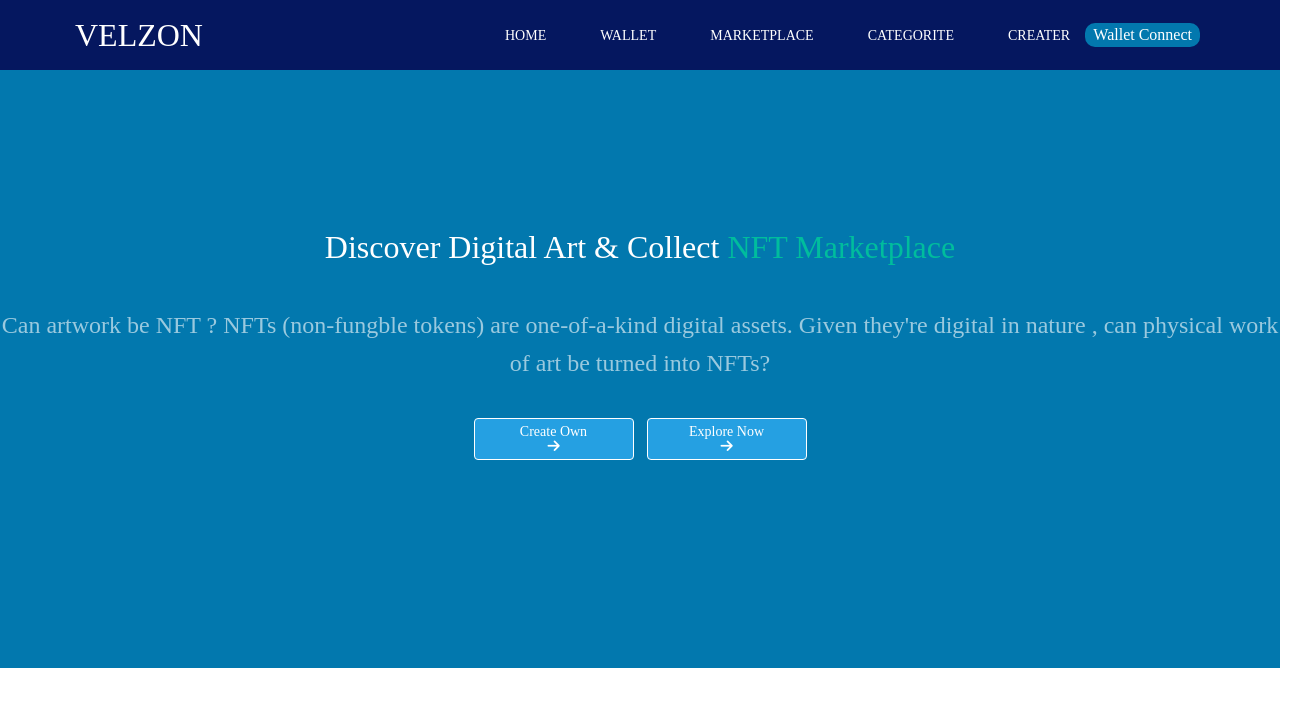
Repository: HuynhDuc23/Webvideodesgin
Page: index.html
These files come from the project's save history. The page is drawn as it stood at one moment and after the next save; the edit follows.
The browser window is 1280 px wide. The page is 1293 px wide, so the pictures cover 1293 px, including what lies to the right of the window. The pictures show the whole page.
The style sheet was rebuilt from its Sass, Less or Tailwind sources for each picture, by a compiler version that may differ from the author's.

Above is the page before, as saved 2023-04-25 12:37:06.

### index.html
<!DOCTYPE html>
<html lang="en">
<head>
    <meta charset="UTF-8">
    <meta http-equiv="X-UA-Compatible" content="IE=edge">
    <meta name="viewport" content="width=device-width, initial-scale=1.0">
    <link rel="stylesheet" href="https://cdnjs.cloudflare.com/ajax/libs/font-awesome/6.4.0/css/all.min.css" integrity="sha512-iecdLmaskl7CVkqkXNQ/ZH/XLlvWZOJyj7Yy7tcenmpD1ypASozpmT/E0iPtmFIB46ZmdtAc9eNBvH0H/ZpiBw==" crossorigin="anonymous" referrerpolicy="no-referrer" />
    <link rel="stylesheet" href="./reset.css">
    <link rel="stylesheet" href="style.css">
    <title>LoadingPage</title>
</head>
<body>
    <div class="loadingpage">
     <div class="loadingpage__heading">
        <div class="loadingpage__header">
            <div class="loadingpage__left"><h4 class="loadingpage__content">VELZON</h4></div>
            <div class="loaddingpage__right">
                <ul class="loadingpage__list">
                    <li class="loadingpage__items"><h5 class="loadingpage__padding">Home</h5></li>
                    <li class="loadingpage__items"><h5 class="loadingpage__padding">Wallet</h5></li>
                    <li class="loadingpage__items"><h5 class="loadingpage__padding">MarketPlace</h5></li>
                    <li class="loadingpage__items"><h5 class="loadingpage__padding">categorite</h5></li>
                    <li class="loadingpage__items"><h5 class="loadingpage__padding">Creater</h5></li>
                </ul>
            </div>
        </div>
        <div class="loadingpage__mid">
            <div class="loadingpage__mid__content1">
                <h1 class="loadingpage__mid__content">Discover Digital Art
                     & Collect <span>NFT Marketplace</span></h1>
            </div>
            <div class="loadingpage__mid__content2">
                <div class="loadingpage__mid__content2__content">
                    <p class="loadingpage__mid__content2__para">
                        Can artwork be NFT ? NFTs (non-fungble tokens) are one-of-a-kind digital assets. Given they're  digital in nature , can physical work of art be turned into NFTs?
                    </p>
                </div>
                <div class="button__mid">
                    <div class="button">
                        <div class="button__1">Create Own
                         <i class="fa-solid fa-arrow-right"></i>
                        </div>
                     </div>
                     <div class="button">
                         <div class="button__1">Explore Now
                          <i class="fa-solid fa-arrow-right"></i>
                         </div>
                      </div>
                </div>
            </div>
        </div>
     </div>
    </div>
</body>
</html>

### style.scss
html {
    box-sizing: border-box;
}
*{
    font-size: 16.5rem;
    font-family: 'Segoe UI', Tahoma, Geneva, Verdana, sans-serif;
}
.loadingpage {
    &__heading {
        width: 100%;
        height: 668px;
      //  background-color: #0278ae;
        background-color:rgb(2,120,174);
    }
    &__header {
        width: 100%;
        height: 70px;
        background-color: #05175f;
        display: flex ;
        justify-content: flex-start;
        align-items: center;
        position: relative;
    }
    &__left {
        padding:  27px 75px;
        cursor: pointer;
    }
    &__content {
        color: white;
        font-weight: 500;
        font-size: 14px;
        line-height: 21px;
        text-transform: uppercase;
        font-size: xx-large;
    }
    &__right {
        margin-left: 200px;
    }
    &__list {
        display: flex;
        align-items: center;
        padding-left: 200px;

        &:before {
            content: "Wallet Connect";
            padding: 4px 8px ;
            top: 50%;
            right: 80px;
            position: absolute;
            color: white;
            transform: translateY(-50%);
            background-color: rgb(2,120,174);
            cursor: pointer;
            border-radius: 10px ;
        }

    }
    &__items {
        padding: 27px;
        &:hover {
            color: #00bd9d;
            cursor: pointer;
        }
    }
    &__padding {
       color: white;
       font-weight: 500;
       font-size: 14px;
       line-height: 21px;
       text-transform: uppercase;
       &:hover {
        color: #00bd9d;
        cursor: pointer;
    }
    }

    &__mid__content1 {
        padding-top: 167px;
        margin-bottom: 45px;
    }
    &__mid__content {
        position: relative;
        left: 50%;
        transform: translateX(-50%);
        color: white;
        font-size: xx-large;
        // text-align: center;
        display: inline-block;
        line-height: 21px;
        &>span {
            display: inline-block;
            color: #00bd9d;
        }
    }
}
.loadingpage__mid__content2 {
     display: inline-block;
     position: relative;
     left: 50%;
     transform: translateX(-50%);
     &__content {
        padding-bottom: 35px;
     }
    &__para {
        color: #ffffff;
        line-height: 1.6;
        text-align: center;
        font-size:x-large;
        opacity: 0.6;

     }
}
.button__mid {
    display: flex;
    justify-content: center;
    align-items: center;
    margin-right: -13px;
}
.button {
    width: 130px;
    height: 40px;
    background-color: #25a0e2;
    margin-right: 13px;
    border: 1px solid white;
    border-radius: 4px;
    position: relative;
    padding: 0px 14px;
    cursor: pointer;
    &:hover {
        opacity: 0.9;
    }

    &__1 {
        font-family: 'Times New Roman', Times, serif;
        font-size: 14px;
        display: inline-block;
       color:  white;
       text-align: center;
       font-weight: 500;
    //    line-height: 21px;
       position: absolute;
       top: 50%;
       left: 50%;
       transform: translate(-50%,-50%);
    }
}

Loaded but not shown: reset.css (common file)

After the next save:
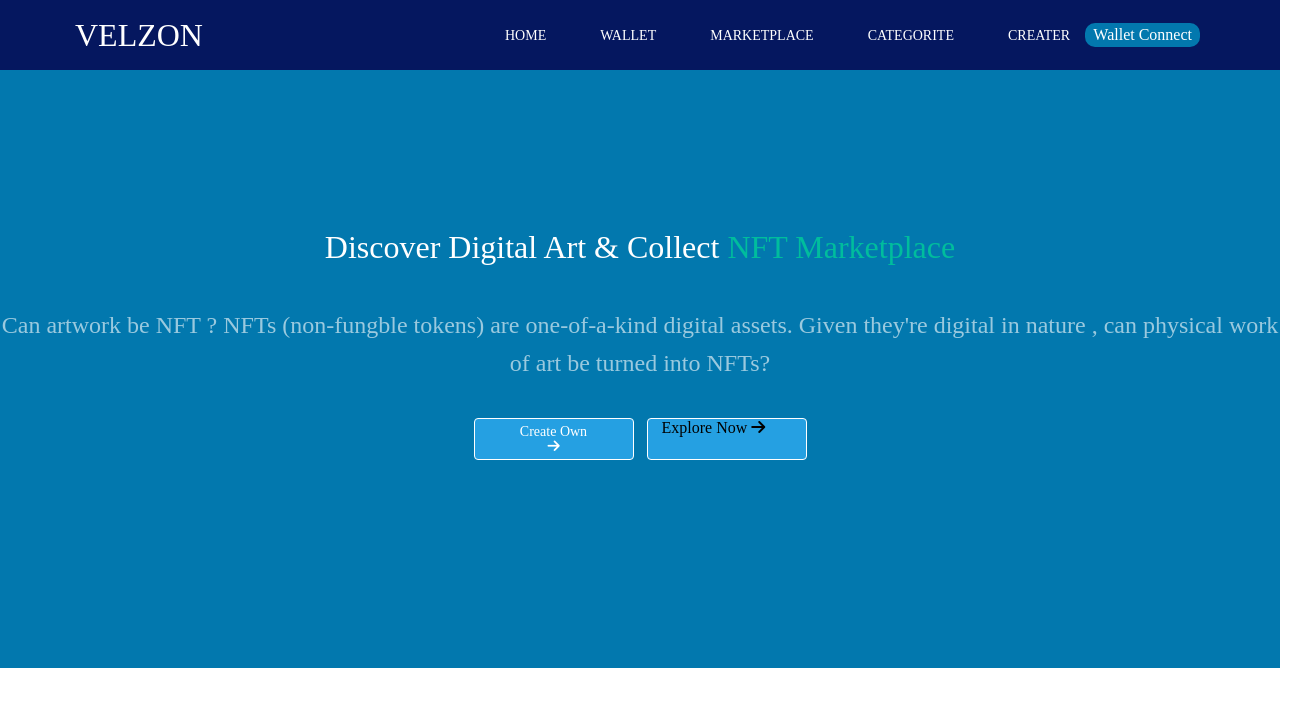
Saved 24 s later.
--- a/index.html
+++ b/index.html
@@ -42,7 +42,7 @@
                         </div>
                      </div>
                      <div class="button">
-                         <div class="button__1">Explore Now
+                         <div class="button__2">Explore Now
                           <i class="fa-solid fa-arrow-right"></i>
                          </div>
                       </div>

After the save that followed:
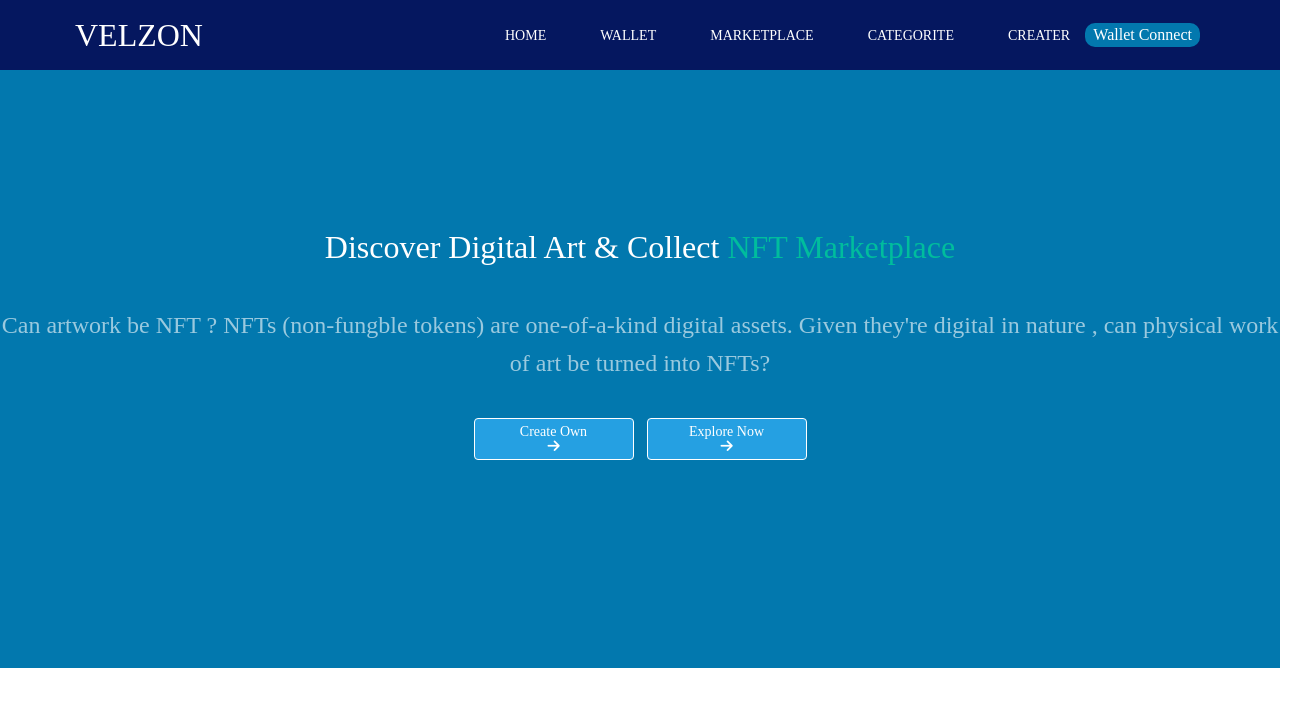
Saved 26 s later.
--- a/style.scss
+++ b/style.scss
@@ -137,7 +137,20 @@ html {
        color:  white;
        text-align: center;
        font-weight: 500;
-    //    line-height: 21px;
+    //
+       position: absolute;
+       top: 50%;
+       left: 50%;
+       transform: translate(-50%,-50%);
+    }
+    &__2 {
+        font-family: 'Times New Roman', Times, serif;
+        font-size: 14px;
+       display: inline-block;
+       color:  white;
+       text-align: center;
+       font-weight: 500;
+    //
        position: absolute;
        top: 50%;
        left: 50%;
